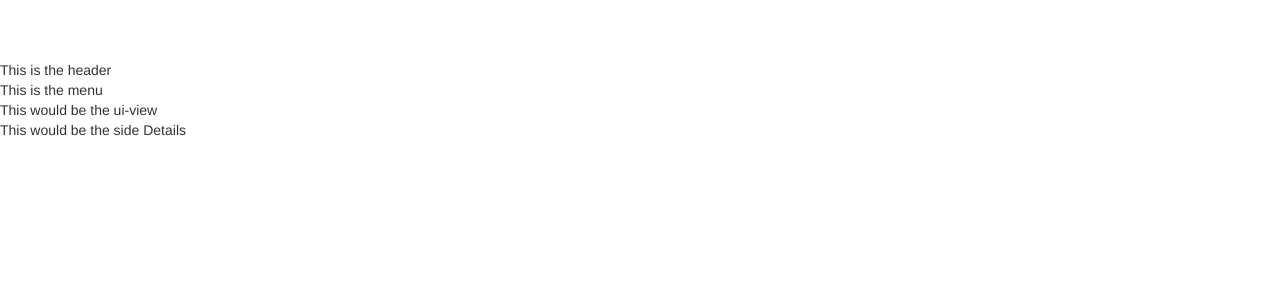
Repository: runtimeZero/layouts-with-angular
Page: client/index.html
The author's editor kept a record of every edit. The page is drawn from the files as they stood at one moment, then again after the next edit.
The browser window is 1280 px wide. The pictures show the whole page.

Above is the page before.

### client/index.html
<!doctype html>
<html lang="en" ng-app>
  <head>
    <title>Chat Example</title>
    <meta name="viewport" content="width=device-width, initial-scale=1.0">
    <link rel="stylesheet" href="/css/bootstrap.min.css">
    <link rel="stylesheet" href="/css/bootstrap-responsive.min.css">
    <link rel="stylesheet" href="/css/myStyles.css">
    <style>
      body {
        padding-top: 60px;
      }
    </style>


  </head>
  <body class="class_black">
     <div tpl-application-toolbar> This is the header</div>
     <div> This is the menu</div>
     <div tpl-main-pane> This would be the ui-view</div>
    <div> This would be the side Details</div>

    <script src="/js/jquery.min.js"></script>
    <script src="/js/bootstrap.min.js"></script>
    <script src="/js/angular.min.js"></script>
    <script src="/js/app.js"></script>
  </body>
</html>

### client/css/myStyles.css
/*
.tpl-mixed-view
{
  body
  {
    overflow:auto;
  }

  [tpl-application-toolbar]
  {
    z-index:6;
    position:fixed;
    top:0;
    left:0;
    width:100%;
  }


  [tpl-main-pane]
  {
    position:relative;
    left: 144px;
  }
}

.side-detail
    {
      background-color:#f5f5f5;
      border-left: 1px solid #DDDDDD;
      box-shadow: 0 4px 8px rgba(0, 0, 0, 0.4);
      font-size:11px;
      overflow:hidden;
      z-index: 3;
    }

### client/js/app.js
angular.module('myApp',[])
.controller('MainCtrl',['$scope','$layout',function($scope,$layout){
    $layout.change('yellow');
}])
.factory('$layout',function(){

    return {
        change: function(arg){
           $('html').removeClass('class_black')
        },

    }

});

Loaded but not shown: client/css/bootstrap.min.css (library); client/css/bootstrap-responsive.min.css (library); client/js/jquery.min.js (library); client/js/bootstrap.min.js (library); client/js/angular.min.js (library)

After the next edit:
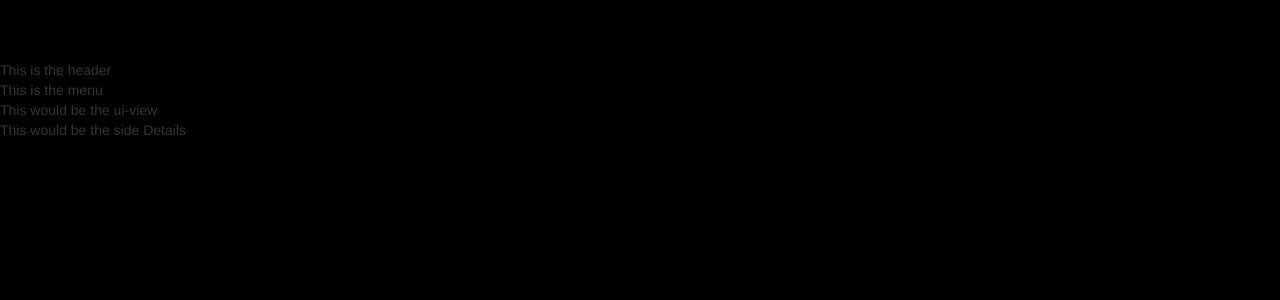
The edit:
--- a/client/css/myStyles.css
+++ b/client/css/myStyles.css
@@ -23,12 +23,7 @@
   }
 }
 
-.side-detail
-    {
-      background-color:#f5f5f5;
-      border-left: 1px solid #DDDDDD;
-      box-shadow: 0 4px 8px rgba(0, 0, 0, 0.4);
-      font-size:11px;
-      overflow:hidden;
-      z-index: 3;
-    }
+*/
+.class_black {
+        background-color: black;
+}
